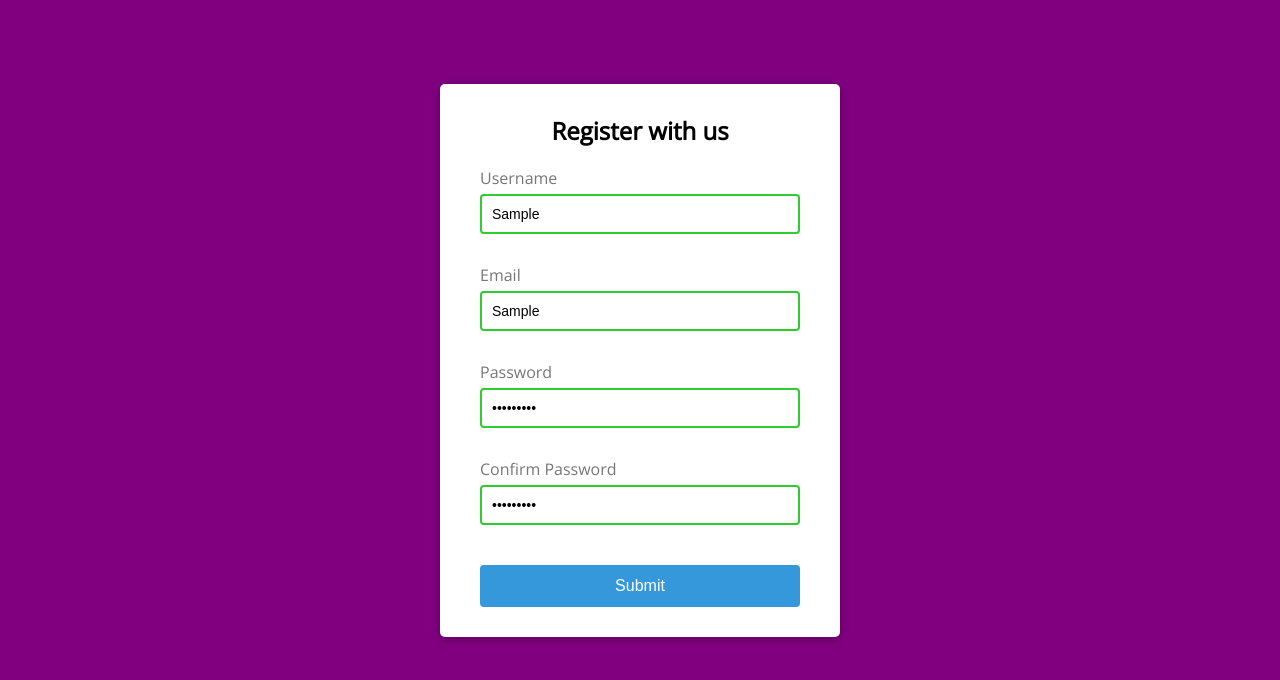
Repository: Azariagmt/Vanilla-javascript
Page: Form-Validator/index.html
An editor plug-in stored every save of this project. The page is shown before and after a run of saves, followed by the edit.
The browser window is 1280 px wide. The pictures show the whole page.
Empty fields were first filled with sample values (such as "Sample", 5 or name@example.com).
After loading, the first visible `#form` was submitted once.

Above is the page before, as saved 2020-04-21 14:13:54.

After the next 2 saves:
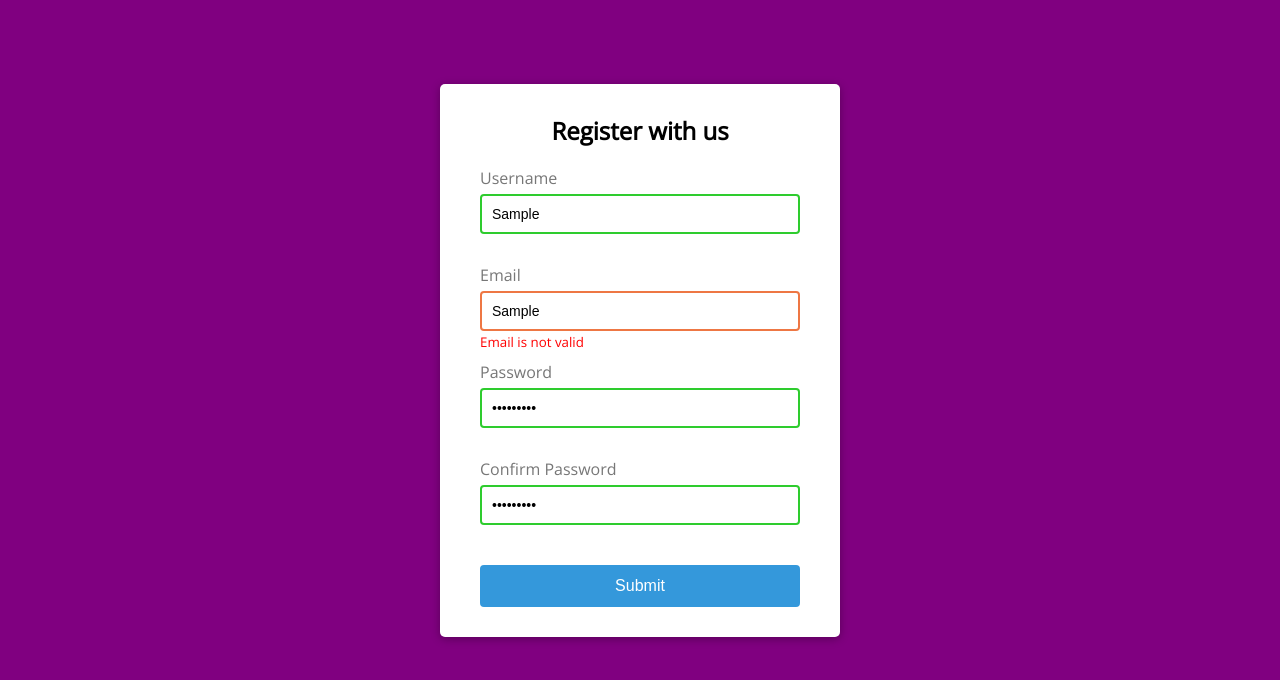
The 2 saves are shown as one change because they came seconds apart.
The last was saved 10 s later.
--- a/Form-Validator/script.js
+++ b/Form-Validator/script.js
@@ -21,7 +21,7 @@ function showSuccess(input, message){
 //check if email is valid
 function validateEmail(email) {
     var re = /^(([^<>()\[\]\\.,;:\s@"]+(\.[^<>()\[\]\\.,;:\s@"]+)*)|(".+"))@((\[[0-9]{1,3}\.[0-9]{1,3}\.[0-9]{1,3}\.[0-9]{1,3}\])|(([a-zA-Z\-0-9]+\.)+[a-zA-Z]{2,}))$/;
-    if(re){
+    if(re.test()){
         showSuccess(email);
 
     }else{
